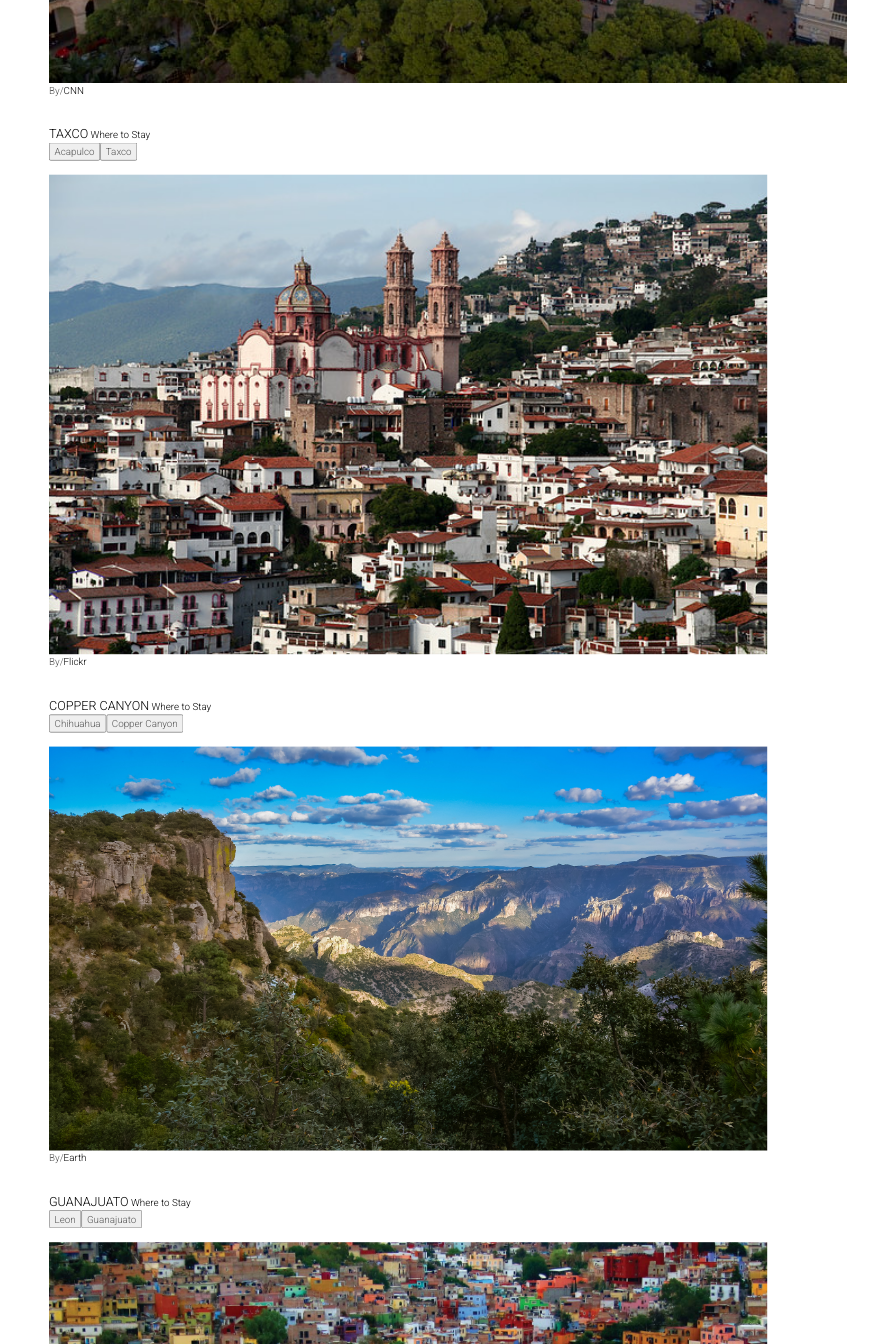
Repository: navegantemx/holiday-destination
Page: destinations.html
The author's editor kept a record of every edit. The page is drawn from the files as they stood at one moment, then again after the next edit.
The browser window is 1280 px wide. The pictures show the part of the page from y = 1611 to 3531 px (the page is 8264 px tall before and 8340 px after), at 70% of full size.
A picture or video elsewhere on the page could not be fetched, so the positions and the page height are approximate. Some web libraries are served in a nearby version.

Above is the page before.

After the next edit:
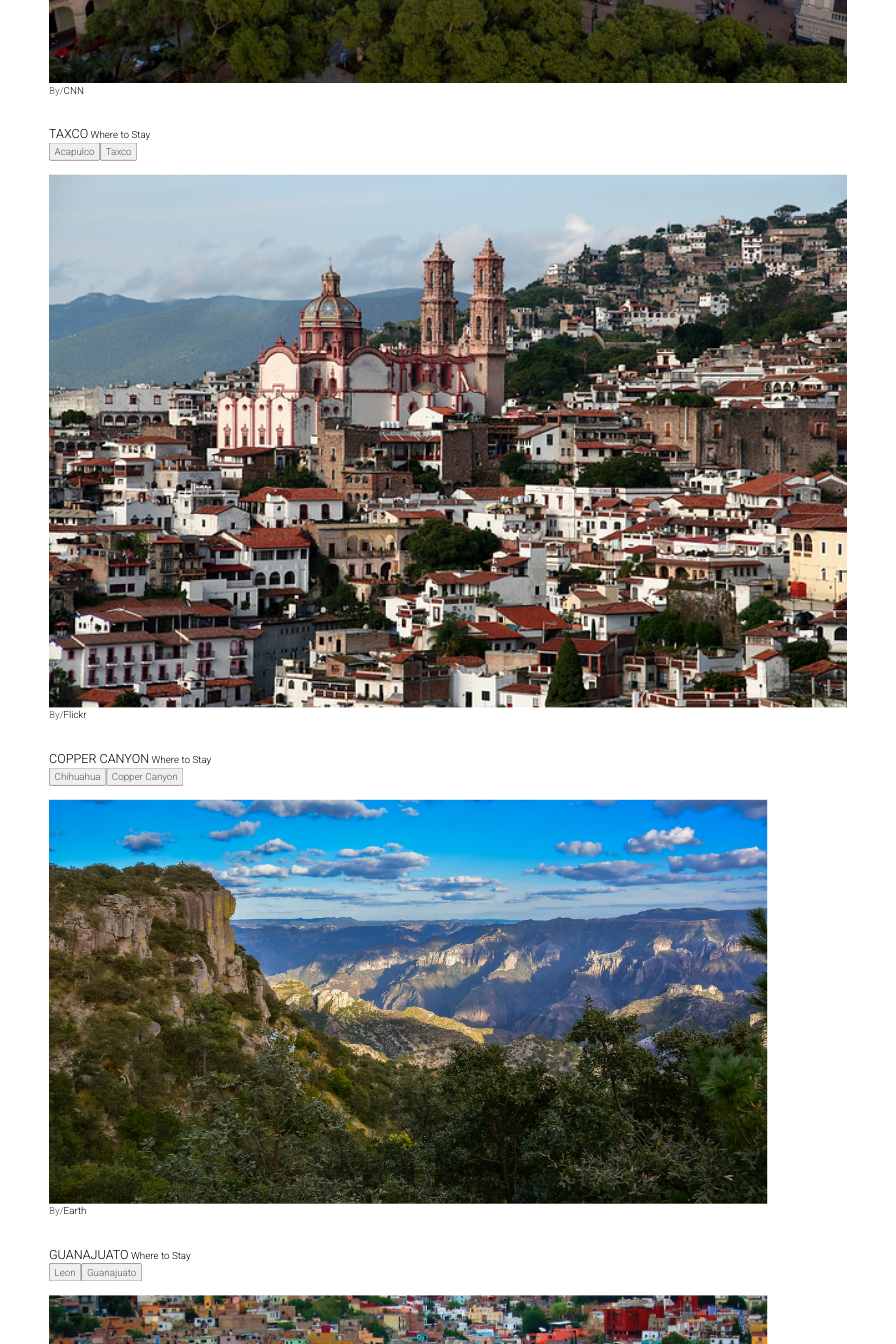
The edit:
--- a/destinations.html
+++ b/destinations.html
@@ -73,7 +73,7 @@
         <a href="//www.touropia.com/checkin?city=Taxco,Mexico" target="_blank" class="fancybox">Where to Stay</a><br>
         <button id="taxcoButton">Acapulco</button><span><button id="acapulcoButton">Taxco</button></span><br><br>
         <div class="image_640">
-            <img id="taxcoImage" src= assets/images/gro_taxco_01.jpg width="90%"><br>
+            <img id="taxcoImage" src= assets/images/gro_taxco_01.jpg width="100%"><br>
             <span class="photo-credit">By/<a href="https://www.flickr.com/photos/david-bank/4172340439" target="_blank">Flickr</a></span>
         </div>
         <br><br>
